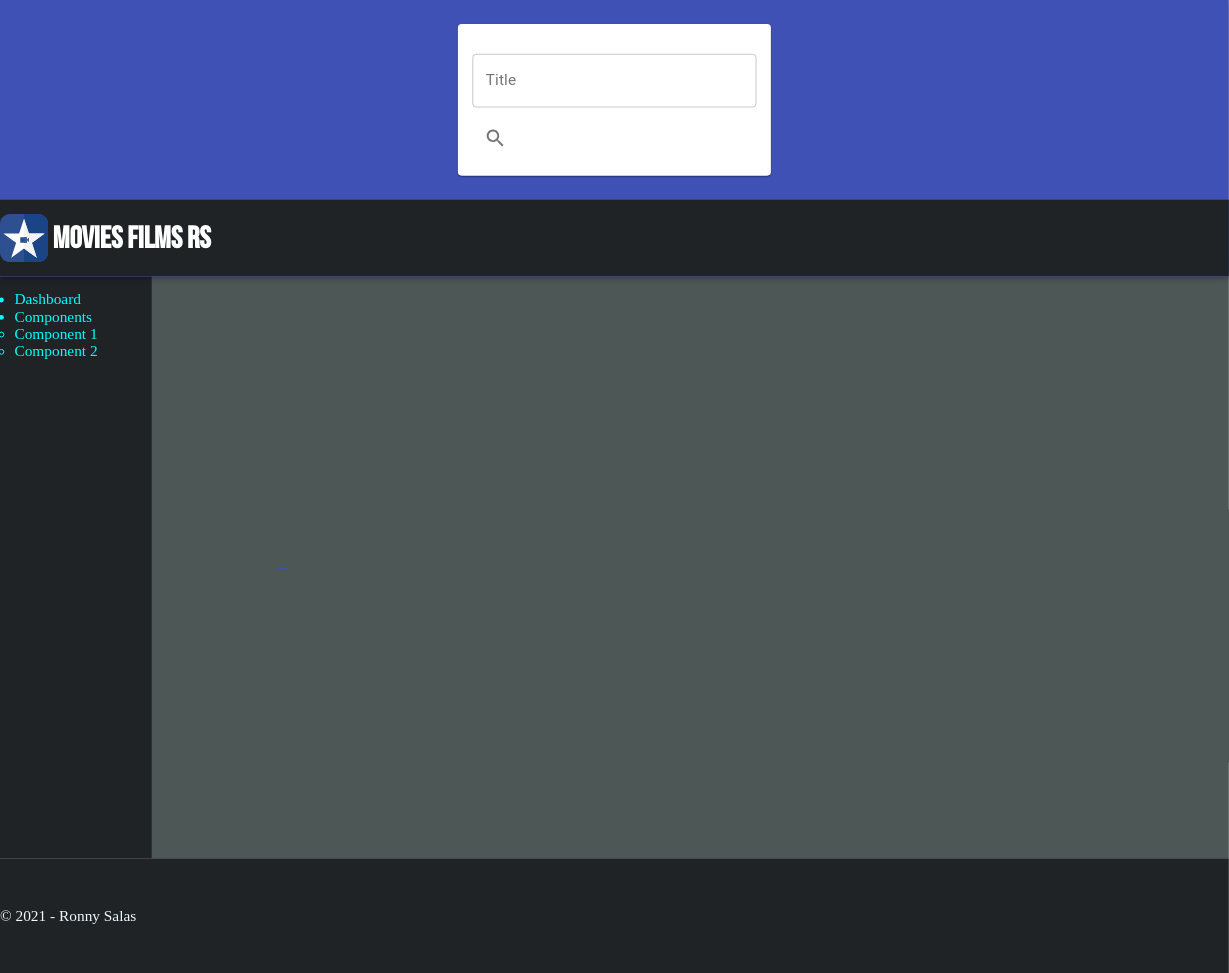
Repository: ronnysalas459/assigment-2
Page: /
These files come from the project's save history. The page is drawn as it stood at one moment and after the next save; the edit follows.
The browser window is 1280 px wide. The pictures show the whole page, at 96% of full size.
The page's requests for data from a server got no answer. The project was rebuilt for these pictures with package versions that can differ from the ones it lists, and the page was loaded fresh each time. No one was signed in, and anything a server would have sent is missing. Also part of the build but not shown: src/contexts/DetailsContext.js, src/components/Films/Movie.js, src/components/Common/Messages.js, src/components/Films/Movies.js, src/components/Details/index.js, src/components/NotFound/index.js.

Above is the page before, as saved 2021-08-30 20:54:17.

### src/index.js
import React from 'react';
import ReactDOM from 'react-dom';
import App from './App';

ReactDOM.render(<App />,document.querySelector('#root')
);

### src/App.js
import React from "react";
import { BrowserRouter, Switch, Route } from "react-router-dom";
import MoviesContextProvider from "./contexts/MoviesContext";
import DetailsContextProvider from "./contexts/DetailsContext";
import Films from "./components/Films";
import Details from "./components/Details";
import Header from "./components/Common/Header";
import Footer from "./components/Common/Footer";
import SideBar from "./components/Common/SideBar";
import NotFound from "./components/NotFound";
import "./assets/css/styles.css";

const App = () => (
  <BrowserRouter>
    <div className="container">
      <Header />
      <div className="content">
        <SideBar />
        <div className="projects">
          <Switch>
            <Route exact path="/">
              <MoviesContextProvider>
                <Films />
              </MoviesContextProvider>
            </Route>
            <Route path="/movie/movie_id">
              <DetailsContextProvider>
                <Details />
              </DetailsContextProvider>
            </Route>
            <Route component={NotFound} />
          </Switch>
        </div>
      </div>
      <Footer />
    </div>
  </BrowserRouter>
);

export default App;

### src/contexts/MoviesContext.js
import React, { createContext, useState, useEffect } from "react";
import { popularGet, movieSearch } from "./../constants";

export const MoviesContext = createContext();

const MoviesContextProvider = ({ children }) => {
  const [doneFetch, setDoneFetch] = useState();
  const [currentQuery, setCurrentQuery] = useState("");
  const [text, setText] = useState("Top Movies");
  const [movies, setMovies] = useState([]);

  useEffect(() => {
    getPopularMovies();
  }, []);

  const getPopularMovies = () => {
    fetch(popularGet())
      .then((res) => res.json())
      .then((data) => {
        const { results }  = data;
        setDoneFetch(true);
        console.log(results);
        setMovies(results);
      })
      .catch((err) => console.log(err));
  };

  const getMovies = (query) => {
    fetch(movieSearch(query))
      .then((res) => res.json())
      .then((data) => {
        const { results } = data;
        setDoneFetch(true);
        console.log(results );
        setText(results.length ? "Results" : "No Results");
        setMovies(results);

      })
      .catch((err) => console.log(err));
  };

  const validateQuery = (
    e,
    query = document.querySelector("#query").value.toLowerCase().trim()
  ) => {
    if (e.type === "keypress" && e.key !== "Enter") return;
    const words = query.match(/\w+/g);
    query = words && words.join(" ");
    if (query && query !== currentQuery) {
      setCurrentQuery(query);
      setDoneFetch(false);
      getMovies(query);
    }
  };
  return (
    <MoviesContext.Provider value={{ doneFetch, text, movies, validateQuery }}>
      {children}
    </MoviesContext.Provider>
  );
};

export default MoviesContextProvider;

### src/components/Films/index.js
import React, { Fragment, useContext } from "react";
import { MoviesContext } from "./../../contexts/MoviesContext";
import SearchMovies from "./SearchMovies";
import Movies from "./Movies";
import ProgressBar from "./../Common/ProgressBar";
import  Message  from "./../Common/Messages";

const Films = () => {
  const { validateQuery, doneFetch, movies, text } = useContext(MoviesContext);

  return (
    <Fragment>
      {/* <SearchMovies validateQuery={validateQuery} /> */}
      {doneFetch ? (
        movies.length ? (
          console.log("voyyyyyyyyyy"),
          <Movies text={text} movies={movies} />
        ) : (
          <Message text={text} />
        )
      ) : (
          console.log("nooooooooo"),
        <ProgressBar />
      )}
    </Fragment>
  );
};

export default Films;

### src/components/Common/Header.js
import React from "react";
import { AppBar } from "@material-ui/core";
import SearchMovies from "./../../components/Films/SearchMovies";
import { ReactComponent as Logo } from "./../../assets/img/movie.svg";
import "./../../assets/css/styles.css";
const Header = () => (
  <AppBar position="sticky">
      <SearchMovies />
      <div className="header-container">
            <Logo className="logo-container" />
            &nbsp;&nbsp;
        <h1>Movies Films RS</h1>
      </div>
  </AppBar>
);

export default Header;

### src/components/Common/Footer.js
import React from 'react'

const Footer = () => (
    <footer>
        <p> &copy; { new Date().getFullYear()} - Ronny Salas</p>
    </footer>
);


export default Footer;

### src/components/Common/SideBar.js
import React from "react";
import { ProSidebar, Menu, MenuItem, SubMenu } from "react-pro-sidebar";
import "./../../assets/css/styles.css";

const SideBar = () => (

    <aside className="aside">
      <ProSidebar>
        <Menu iconShape="square">
          <MenuItem>Dashboard</MenuItem>
          <SubMenu title="Components">
            <MenuItem>Component 1</MenuItem>
            <MenuItem>Component 2</MenuItem>
          </SubMenu>
        </Menu>
      </ProSidebar>
    </aside>

);
export default SideBar;

### src/assets/css/styles.css
/*FUENTES*/

@font-face {
  font-family: "TrebuchetMS";
  src: url("../fonts/TrebuchetMS.ttf");
  font-weight: normal;
  font-style: normal;
}
@font-face {
  font-family: "BebasNeue";
  src: url("../fonts/BebasNeue.otf");
  font-weight: normal;
  font-style: normal;
}

@font-face {
  font-family: "WebSymbolsRegular";
  src: url("../fonts/websymbols-regular-webfont.eot");
  src: url("../fonts/websymbols-regular-webfont.eot?#iefix")
      format("embedded-opentype"),
    url("../fonts/websymbols-regular-webfont.woff") format("woff"),
    url("../fonts/websymbols-regular-webfont.ttf") format("truetype"),
    url("../fonts/websymbols-regular-webfont.svg#WebSymbolsRegular")
      format("svg");
  font-weight: normal;
  font-style: normal;
}
.root {
  margin: 3vw;
}
* {
  margin: 0px;
  padding: 0px;
}

html {
  overflow-x: hidden;
}

.container{
  width:100%;
  height:auto;
}

.header-container {
  width: 100%;
  height: 80px;
  background-color: #1f2326 !important;
  font-family: BebasNeue;
  color: white;
  display: flex;
  flex-direction: row;
  flex-wrap: wrap;
  align-items: center;
}

.logo-container {
  display: block;
  height: 100%;
  width: 50px;
}
.logo-container h1 {
  color: aqua;
}
.content{
  display:flex;
  background-color: #4C5756;
}
.img-wrap {
  height: 150px;
  padding-top: 56.25%;
}
.aside{
  display:flex;
  min-height: 80vh;
  flex-basis: 10%;
  margin-right: 30px;
  padding: 15px;
  flex-direction: column;
  flex-wrap: wrap;
  color: aqua;
  background-color: #1f2326;
}

.projects{
  display:flex;
  flex-wrap: wrap;
  flex-basis: 80%;
}

footer {
  display:flex;
  flex-flow: row wrap;
  justify-content:flex-start;
  height:120px;
  align-items:center;
  background-color: #1f2326;
}
footer p {
    color:aliceblue;
    justify-content: center;
}
.paper {
	margin-top: 25px;
	margin-bottom: 25px;
	margin-left: auto;
	margin-right: auto;
	max-width: 600px;
}

.defaultPaper {
	padding: 15px;
}

.project{
  flex-grow:1;
  flex-basis: 250px;
  margin-bottom: 25px;
  margin-right:20px;
  max-width: 345px;
}
.project img{
  width:100%;
}
.buttonPrimary,
.progressBar {
  display: flex;
  justify-content: center;
  align-items: center;
}


a {
	text-decoration: none;
}

.buttonPrimary,
.message,
.progressBar {
  margin: 10px;
}

.MuiTextField-root {
  width: 100%;
}

@media (max-width: 323px) {
  h1 {
    display: none;
  }
}

### src/constants/index.js
//HABILITAR PROXY INVERSO PARA CORS INTERCEPTOR
//const cors_anywhere = "https://cors-anywhere.herokuapp.com/";
const base_url = "https://api.themoviedb.org/3/";
const popular_movies_get = "movie/popular?";
const movie_search = "search/movie?";
const movies_get = "movie/{movie_id}";
const api_key = "api_key=2c4e30626dc1fcee2a373a9a71cf70f1";


export const popularGet = () => `${base_url}${popular_movies_get}${api_key}&page=1`;
export const moviesGet = id => `${base_url}${movies_get}${api_key}`;
export const movieSearch = query => `${base_url}${movie_search}${api_key}&query=${query}`;

### src/components/Films/SearchMovies.js
import React from 'react';
import Paper from "@material-ui/core/Paper";
import TextField from '@material-ui/core/TextField';
import IconButton from '@material-ui/core/IconButton';
import SearchIcon from '@material-ui/icons/Search';


const SearchMovies = ({ validateQuery }) => (
    <Paper className = "paper defaultPaper">
        <TextField
            id="query"
            label="Title"
            margin="normal"
            variant="outlined"
            onKeyPress = {(e) => validateQuery(e)}
        />
         <IconButton onClick={(e) => validateQuery(e)}>
            <SearchIcon />
        </IconButton>
    </Paper>
);

export default SearchMovies

### src/components/Common/ProgressBar.js
import React from 'react'
import CircularProgress from '@material-ui/core/CircularProgress';

const ProgressBar = () => (
    <div className="progressBar">
        <CircularProgress size = { 100 } />

    </div>
)


export default ProgressBar

Loaded but not shown: public/index.html (common file)

After the next save:
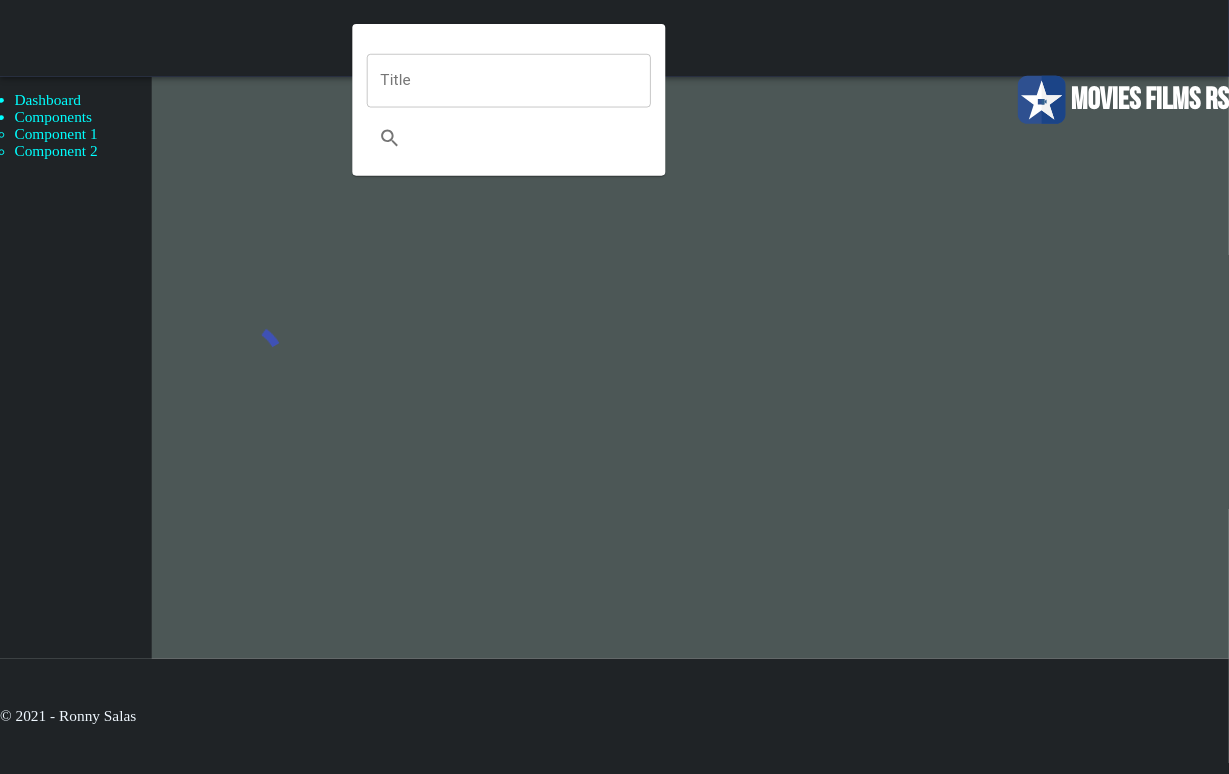
Saved 20 s later.
--- a/src/components/Common/Header.js
+++ b/src/components/Common/Header.js
@@ -5,8 +5,8 @@ import { ReactComponent as Logo } from "./../../assets/img/movie.svg";
 import "./../../assets/css/styles.css";
 const Header = () => (
   <AppBar position="sticky">
+      <div className="header-container">
       <SearchMovies />
-      <div className="header-container">
             <Logo className="logo-container" />
             &nbsp;&nbsp;
         <h1>Movies Films RS</h1>
